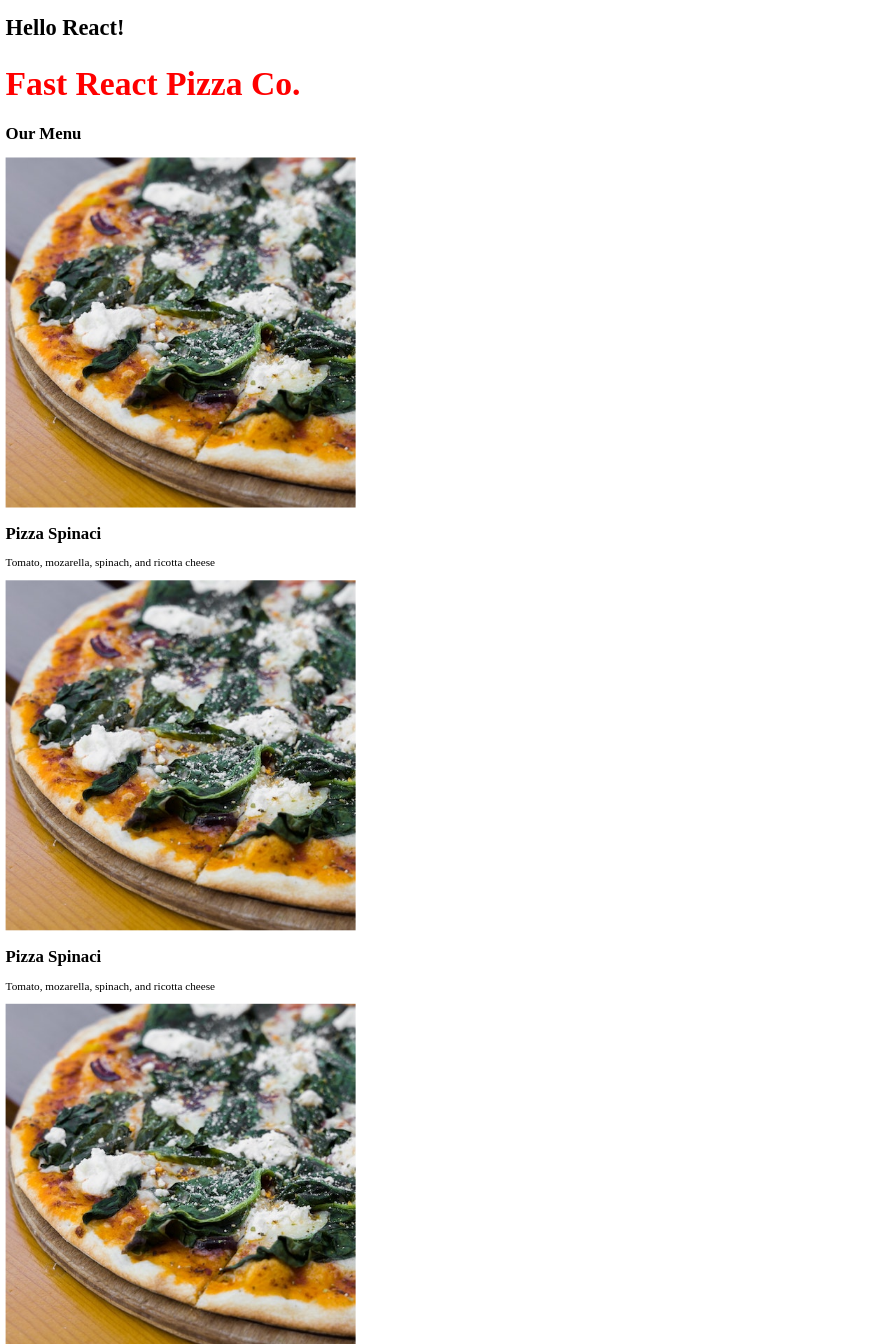
Repository: Alphosmart/03_pizza-menu
Page: /
An editor plug-in stored every save of this project. The page is shown before and after the next save, followed by the edit.
The browser window is 1280 px wide. The pictures show the part of the page from y = 0 to 1920 px (the page is 2670 px tall), at 70% of full size.
The project was rebuilt for these pictures with package versions that can differ from the ones it lists, and the page was loaded fresh each time.

Above is the page before, as saved 2024-05-27 19:12:39.

After the next save:
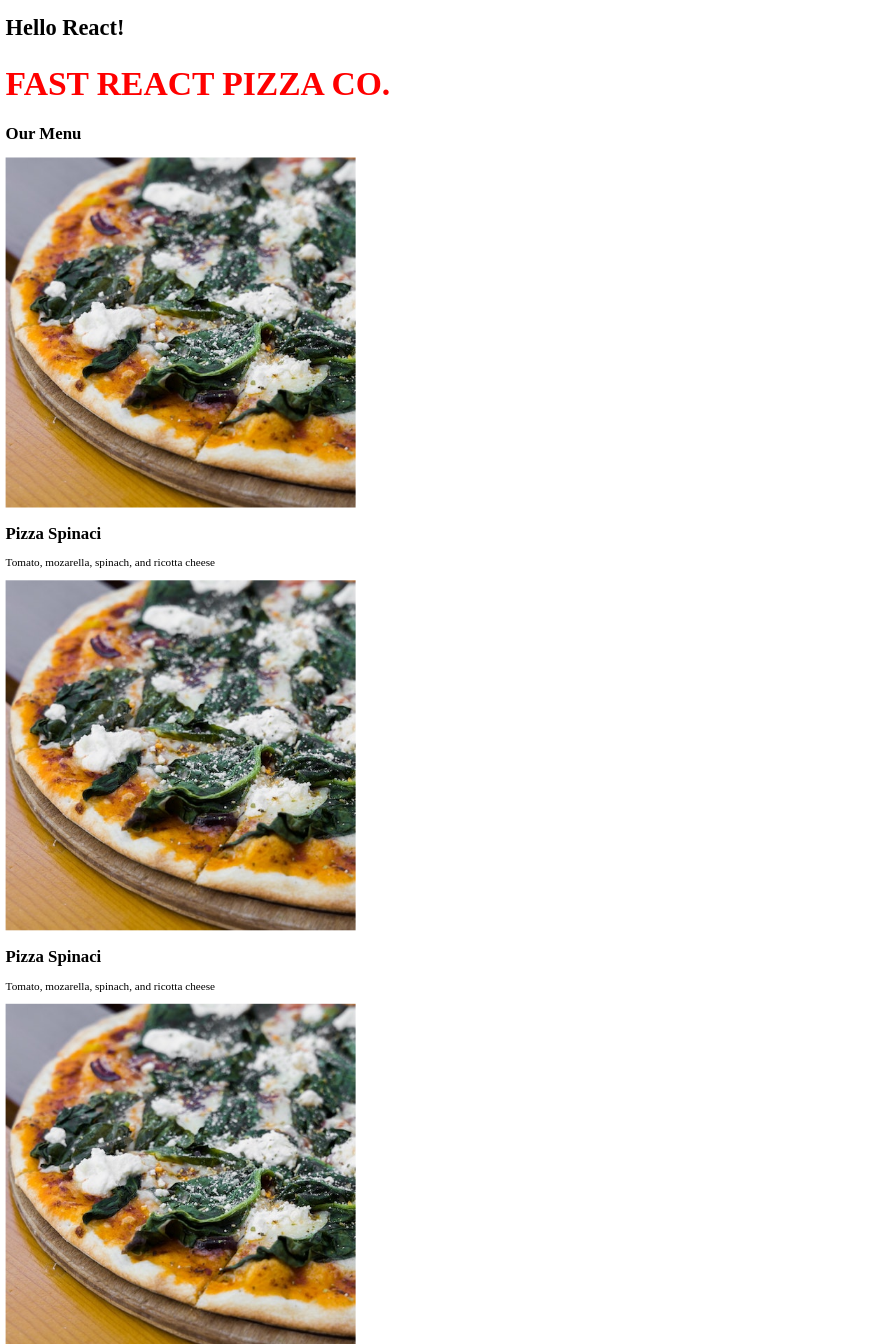
Saved 62 s later.
--- a/src/index.js
+++ b/src/index.js
@@ -59,7 +59,9 @@ function App() {
 
 function Header() {
   return (
-    <h1 style={{ color: "red", fontSize: "48px" }}>Fast React Pizza Co.</h1>
+    <h1 style={{ color: "red", fontSize: "48px", textTransform: "Uppercase" }}>
+      Fast React Pizza Co.
+    </h1>
   );
 }
 
